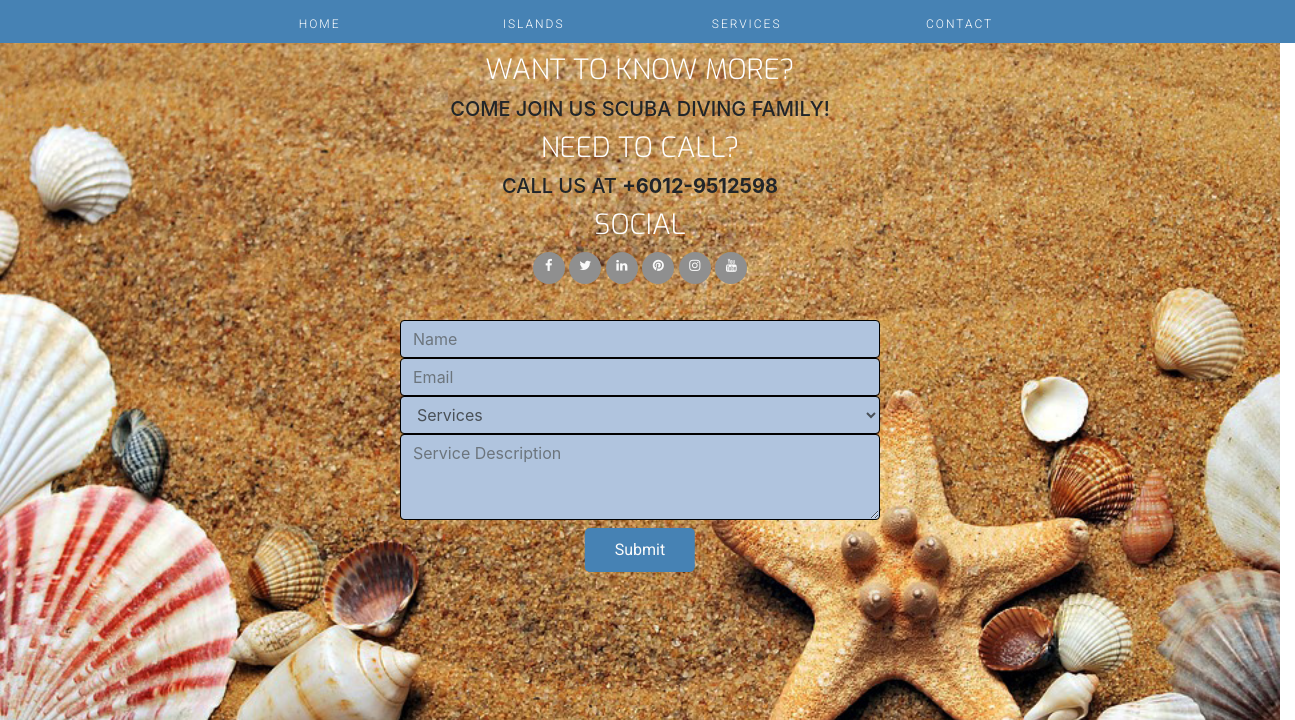
Repository: Code-Institute-Submissions/cathyann-diving.github.io
Page: contact.html
The author's editor kept a record of every edit. The page is drawn from the files as they stood at one moment, then again after the next edit.
The browser window is 1280 px wide. The page is 1295 px wide, so the pictures cover 1295 px, including what lies to the right of the window. The pictures show the whole page.

Above is the page before.

### contact.html
<!DOCTYPE html>
<html lang="en">

<head>
    <meta charset="UTF-8">
    <meta name="viewport" content="width=device-width, initial-scale=1.0">
    <meta http-equiv="X-UA-Compatible" content="ie=edge">
    <link rel="stylesheet" href="https://stackpath.bootstrapcdn.com/bootstrap/4.3.1/css/bootstrap.min.css" type="text/css">
    <link rel="stylesheet" href="https://stackpath.bootstrapcdn.com/font-awesome/4.7.0/css/font-awesome.min.css" type="text/css">
    <link rel="stylesheet" href="https://cdnjs.cloudflare.com/ajax/libs/hover.css/2.3.1/css/hover-min.css" type="text/css">
    <link rel="stylesheet" href="assets/css/style.css" type="text/css">
    <title>Diving</title>
</head>

<body>
    <div class="row">
        <div class="navbar">
            <div class="col">
                <ul id="nav" class="list-inline menucontainer">
                    <li class="col-0 col-sm-0 col-lg-2 list-inline-item menuitem"></li>
                    <li class="col-6 col-sm-3 col-lg-2 list-inline-item menuitem">
                        <a href="home.html" class="hvr-sweep-to-bottom"><span>Home</span></a>
                    </li>
                    <li class="col-6 col-sm-3 col-lg-2 list-inline-item menuitem">
                        <a href="islands.html" class="hvr-sweep-to-bottom"><span>Islands</span></a>
                    </li>
                    <li class="col-6 col-sm-3 col-lg-2 list-inline-item menuitem">
                        <a href="services.html" class="hvr-sweep-to-bottom"><span>Services</span></a>
                    </li>
                    <li class="col-6 col-sm-3 col-lg-2 list-inline-item menuitem">
                        <a href="contact.html" class="hvr-sweep-to-bottom"><span>Contact</span></a>
                    </li>
                    <li class="col-0 col-sm-0 col-lg-2 list-inline-item menuitem"></li>
                </ul>
            </div>
        </div>
    </div>
    <section class="container-fluid bg-contact">
        <div class="row bg-color-contact">
            <div class="col">
                <h3 class="contact-heading uppercase text-center">Want to know more?</h3>
                <h5 class="uppercase text-center">Come join us Scuba diving family!</h5>
                <h3 class="contact-heading uppercase text-center">Need to call?</h3>
                <h5 class="uppercase text-center">Call us at <b>+6012-9512598</b></h5>


                <h3 class="contact-heading uppercase text-center">Social</h3>
                <ul class="list-inline social-links">
                    <li class="list-inline-item">
                        <a href="#" target="_blank">
                        <i class="fa fa-facebook aria-hidden true"=">
                            <span class="sr-only">Facebook</span>
                        </i>
                        </a>
                    </li>
                    <li class="list-inline-item">
                        <a href="#" target="_blank">
                        <i class="fa fa-twitter aria-hidden true"=">
                            <span class="sr-only">Twitter</span>
                        </i>
                        </a>
                    </li>
                    <li class="list-inline-item">
                        <a href="#" target="_blank">
                        <i class="fa fa-linkedin aria-hidden true"=">
                            <span class="sr-only">Linkedin</span>
                        </i>
                        </a>
                    </li>
                    <li class="list-inline-item">
                        <a href="#" target="_blank">
                        <i class="fa fa-pinterest aria-hidden true"=">
                            <span class="sr-only">Pinterest</span>
                        </i>
                        </a>
                    </li>
                    <li class="list-inline-item">
                        <a href="#" target="_blank">
                        <i class="fa fa-instagram aria-hidden true"=">
                            <span class="sr-only">Instagram</span>
                        </i>
                        </a>
                    </li>
                    <li class="list-inline-item">
                        <a href="#" target="_blank">
                        <i class="fa fa-youtube aria-hidden true"=">
                            <span class="sr-only">Youtube</span>
                        </i>
                        </a>
                    </li>
                </ul>


                <div class="col center-form">
                    <form>
                        <input type="text" name="name" id="fullname" class="form-control" placeholder="Name" required/>
                        <input type="email" name="email" id="emailaddress" class="form-control" placeholder="Email" required/>
                        <select name="services" class="form-control">
                            <option hidden="services selected">Services</option>
                            <option value="trip">Trip</option>
                            <option value="courses">Courses</option>
                            <option value="transportation">Transportation</option>
                            <option value="equipments">Equipments</option>
                            <option value="equipment maintenance">Equipment Maintenance</option>
                            <option value="spare parts">Spare Parts</option>
                        </select>
                        <textarea rows="3" name="remark" id="service description" class="form-control" placeholder="Service Description" required></textarea>
                        <div class="form-row text-center">
                            <div class="col">
                                <button class="btn btn-primary" type="submit">Submit</button>
                            </div>
                        </div>
                    </form>
                </div>
            </div>
        </div>
    </section>

</body>

</html>

### assets/css/style.css
@import url('https://fonts.googleapis.com/css?family=Roboto:100,200,300,400,500,600,700|Exo:100,200,300,400,500,600,700');

/*--------------------------------------------bg image */

.bg-landing {
    position: fixed;
    background-image: url("../images/jellyfish.jpg");
    display: inline-block;
    background-position: center;
    background-repeat: no-repeat;
    background-size: cover;
    height: 100%;
    width: 100%;
    transition: all .5s ease-in-out;
    -moz-transition: all .5s ease-in-out;
    -webkit-transition: all .5s ease-in-out;
}

.bg-home {
    position: fixed;
    background-image: url("../images/diver.jpg");
    display: inline-block;
    background-position: center;
    background-repeat: no-repeat;
    background-size: cover;
    height: 100%;
    width: 100%;
    transition: all .5s ease-in-out;
    -moz-transition: all .5s ease-in-out;
    -webkit-transition: all .5s ease-in-out;
}

.bg-islands {
    position: fixed;
    background-image: url("../images/beach.jpg");
    display: inline-block;
    background-position: center;
    background-repeat: no-repeat;
    background-size: cover;
    height: 100%;
    width: 100%;
    transition: all .5s ease-in-out;
    -moz-transition: all .5s ease-in-out;
    -webkit-transition: all .5s ease-in-out;
}

.bg-services {
    position: fixed;
    background-image: url("../images/nemo.jpg");
    display: inline-block;
    background-position: center;
    background-repeat: no-repeat;
    background-size: cover;
    height: 100%;
    width: 100%;
    transition: all .5s ease-in-out;
    -moz-transition: all .5s ease-in-out;
    -webkit-transition: all .5s ease-in-out;
}

.bg-contact {
    position: fixed;
    background-image: url("../images/sea.jpg");
    display: inline-block;
    background-position: center;
    background-repeat: no-repeat;
    background-size: cover;
    height: 100%;
    width: 100%;
    transition: all .5s ease-in-out;
    -moz-transition: all .5s ease-in-out;
    -webkit-transition: all .5s ease-in-out;
}

/*--------------------------------------------btn */

.btn {
    position: absolute;
    top: 50%;
    left: 50%;
    transform: translate(-50%, -50%);
    -ms-transform: translate(-50%, -50%);
    background-color: #6495ed;
    color: #00008B;
    font-size: 16px;
    font-family: "Roboto", sans-serif;
    font-weight: 400;
    padding: 10px 30px;
    border: none;
    border-radius: 5px;
    text-align: center;
}

.btn span {
    display: inline-block;
    position: relative;
    transition: 0.5s;
}

.btn span:after {
    content: '\00bb';
    position: absolute;
    opacity: 0;
    top: 0;
    right: -20px;
    transition: 0.5s;
}

.btn:hover span {
    padding-right: 25px;
}

.btn:hover span:after {
    opacity: 1;
    right: 0;
}

.button {
    margin-top: 5px;
    margin-bottom: 10px;
    color: #00008B;
    background-color: #4682B4;
    padding: 5px 10px;
    border: none;
    font-family: "EXO", sans-serif;
}

.button a {
    text-decoration: none;
}

/*--------------------------------------------navbar */

.navbar {
    background-color: #4682B4;
    top: 0;
    width: 100%;
    padding: 0px;
}

.navbar a {
    display: block;
    color: #fff;
    text-align: center;
    padding: 10px 18px;
    text-decoration: none;
    font-size: 12px;
}

#nav li {
    font-size: 12px;
    padding: 0;
}

#nav {
    margin: 0;
}

.menuitem span {
    display: block;
    width: 100%;
    padding-top: 5px;
    text-align: center;
    text-transform: uppercase;
    font-family: "Roboto", sans-serif;
    font-size: 12px;
    font-weight: 300;
    letter-spacing: 2px;
}

.list-inline-item:not(:last-child) {
    margin: 0;
}

.menucontainer {
    font-size: 0;
}

/*--------------------------------------------Hover.css*/

.hvr-sweep-to-bottom:before {
    background: #008B8B;
    height: 100%;
    color: black;
}


/*--------------------------------------------Content */

.container {
    position: relative;
    max-width: 100%;
    margin: auto;
    height: 50%;
}


.container .content {
    position: absolute;
    background: rgb(0, 0, 0, 0.5);
    color: #f1f1f1;
    font-family: "EXO", sans-serif;
    font-size: 12px;
    font-weight: 300;
    padding: 30px;
}

.islands-intro {
    position: relative;
    margin: auto;
    max-width: 80%;
    color: #fff;
}

.islands-intro .contents {
    background: rgb(0, 0, 0, 0.5);
    color: #f1f1f1;
    font-family: "EXO", sans-serif;
    font-size: 12px;
    font-weight: 300;
    padding: 20px;
    text-align: justify;
}

.dive-center {
    position: relative;
    max-width: 50%;
    margin: 20px;
    background: rgb(0, 0, 0, 0.5);
    color: #f1f1f1;
    font-family: "EXO", sans-serif;
    font-size: 12px;
    font-weight: 300;
    padding: 20px;
    text-align: left;
}


/*--------------------------------------------Contact Form */

h3 {
    margin: 10px;
}

.contact-heading {
    font-family: "Exo", sans-serif;
    font-weight: 300;
    color: #fff;
}

.center-form {
    padding: 10px;
    margin: 0 auto;
    max-width: 40%;
}

button[type="submit"] {
    margin-top: 30px;
    margin-bottom: 20px;
    color: #fafafa;
    background-color: #4682B4;
}

.form-control {
    border: 1px solid black;
    font-family: inherit;
    background-color: #B0C4DE;
}


.social-links {
    position: relative;
    padding-bottom: 10px;
}

.social-links li a i {
    width: 32px;
    height: 32px;
    padding: 10px 0;
    border-radius: 50%;
    font-size: 13px;
    line-height: 7px;
    text-align: center;
    color: #fafafa;
    background: #8f8f8f;
    transition: all 0.35s ease-in-out;
    -moz-transition: all 0.35s ease-in-out;
    -webkit-transition: all 0.35s ease-in-out;
    -o-transition: all 0.35s ease-in-out;
}

.social-links li a i:hover {
    background: #e84610;
}

.uppercase {
    text-transform: uppercase;
}

.list-inline {
    text-align: center;
}

/*--------------------------------------------islands heading */

.islands-intro {
    padding: 30px;
}



/*--------------------------------------------media */

@media(max-width: 576px) {
    .dive-center {
        max-width: 100%;
    }

    .center-form {
        padding: 10px;
        margin: 0 auto;
        max-width: 70%;
    }

    .container-contact {
        height: 80%;
        width: 80%;
    }
}

}

After the next edit:
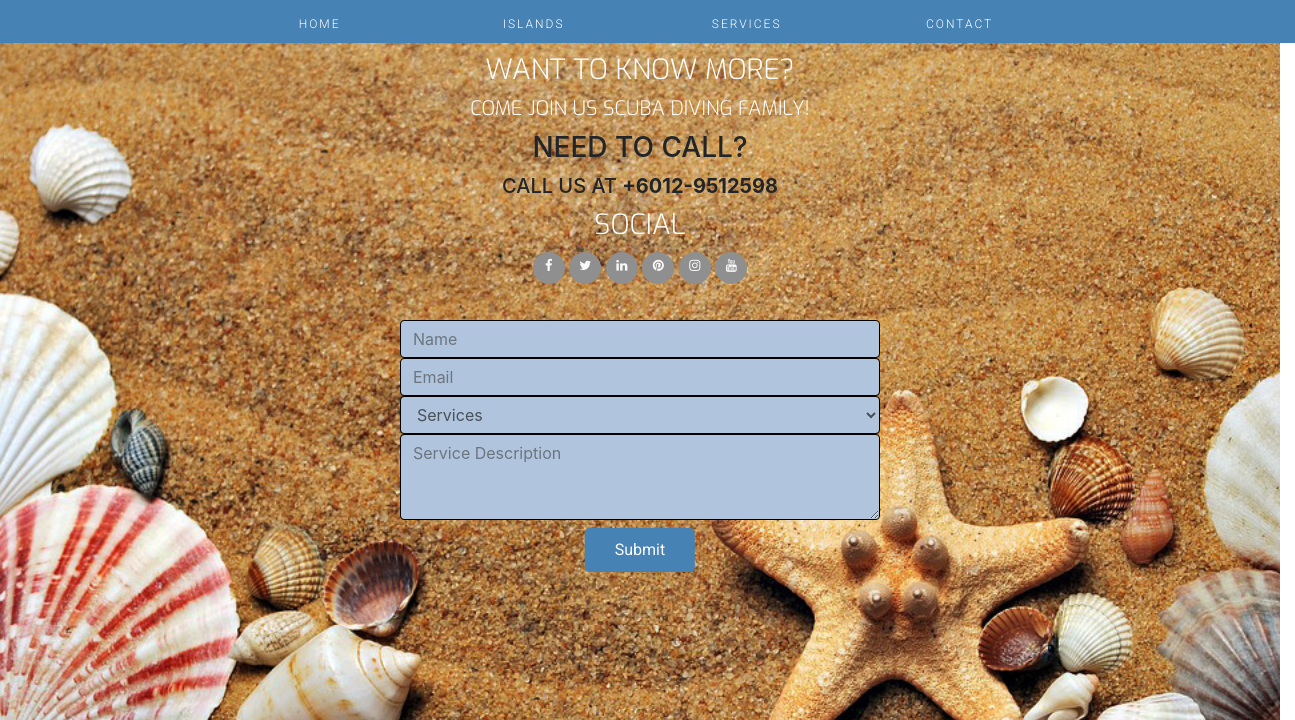
The edit:
--- a/contact.html
+++ b/contact.html
@@ -39,8 +39,8 @@
         <div class="row bg-color-contact">
             <div class="col">
                 <h3 class="contact-heading uppercase text-center">Want to know more?</h3>
-                <h5 class="uppercase text-center">Come join us Scuba diving family!</h5>
-                <h3 class="contact-heading uppercase text-center">Need to call?</h3>
+                <h5 class="contact-heading uppercase text-center">Come join us Scuba diving family!</h5>
+                <h3 class="uppercase text-center">Need to call?</h3>
                 <h5 class="uppercase text-center">Call us at <b>+6012-9512598</b></h5>
 
 
